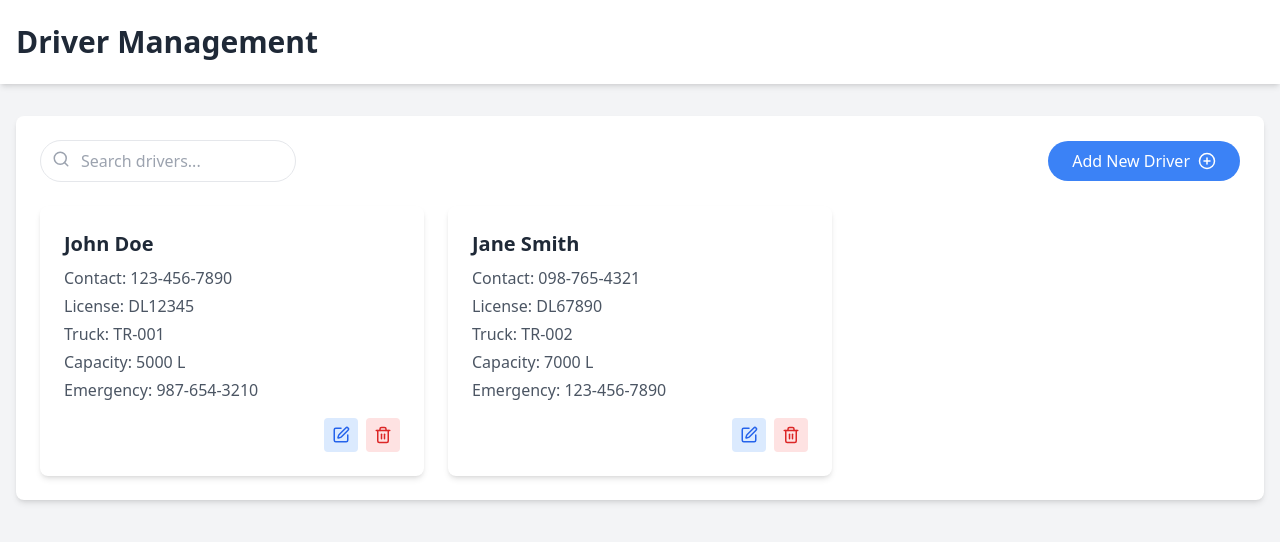
Repository: REXREGALIA/Sentinel-fuel
Page: /drivers
These files come from the project's save history. The page is drawn as it stood at one moment and after a run of saves; the edit follows.
The browser window is 1280 px wide. The pictures show the whole page.
The page's requests for data from a server got no answer. The project was rebuilt for these pictures with package versions that can differ from the ones it lists, and the page was loaded fresh each time. No one was signed in, and anything a server would have sent is missing. Also part of the build but not shown: vite.config.js, src/components/Login.jsx, src/components/Card.jsx, src/components/Forms.jsx, src/components/Home.jsx, src/components/Signup.jsx, src/components/land/About.jsx, src/components/land/Features.jsx and 10 more.

Above is the page before, as saved 2024-10-19 00:45:27.

After the next 2 saves:
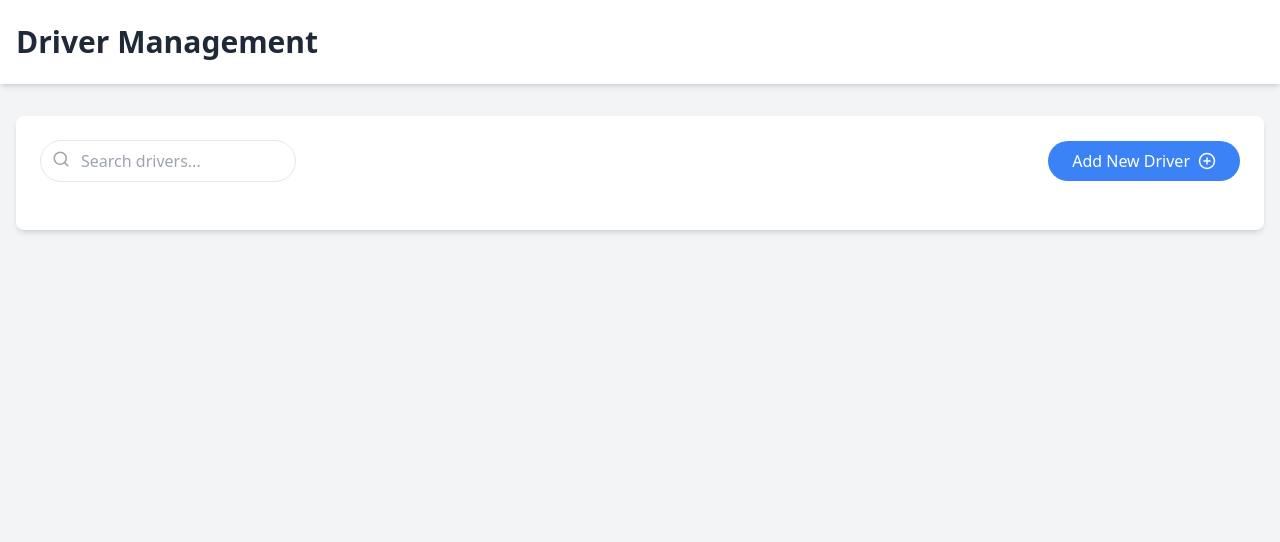
The 2 saves are shown as one change because they came seconds apart.
The last was saved 23 s later.
--- a/src/components/Drivers.jsx
+++ b/src/components/Drivers.jsx
@@ -1,10 +1,7 @@
 import React, { useState } from 'react'
 import { PlusCircle, Edit, Trash2, X, Search } from 'lucide-react'
 
-const initialDrivers = [
-  { id: 1, name: "John Doe", contact: "123-456-7890", licenseNumber: "DL12345", truckRegNumber: "TR-001", truckCapacity: 5000, emergencyContact: "987-654-3210" },
-  { id: 2, name: "Jane Smith", contact: "098-765-4321", licenseNumber: "DL67890", truckRegNumber: "TR-002", truckCapacity: 7000, emergencyContact: "123-456-7890" },
-]
+const initialDrivers = []
 
 export default function DriversComponent() {
   const [drivers, setDrivers] = useState(initialDrivers)
